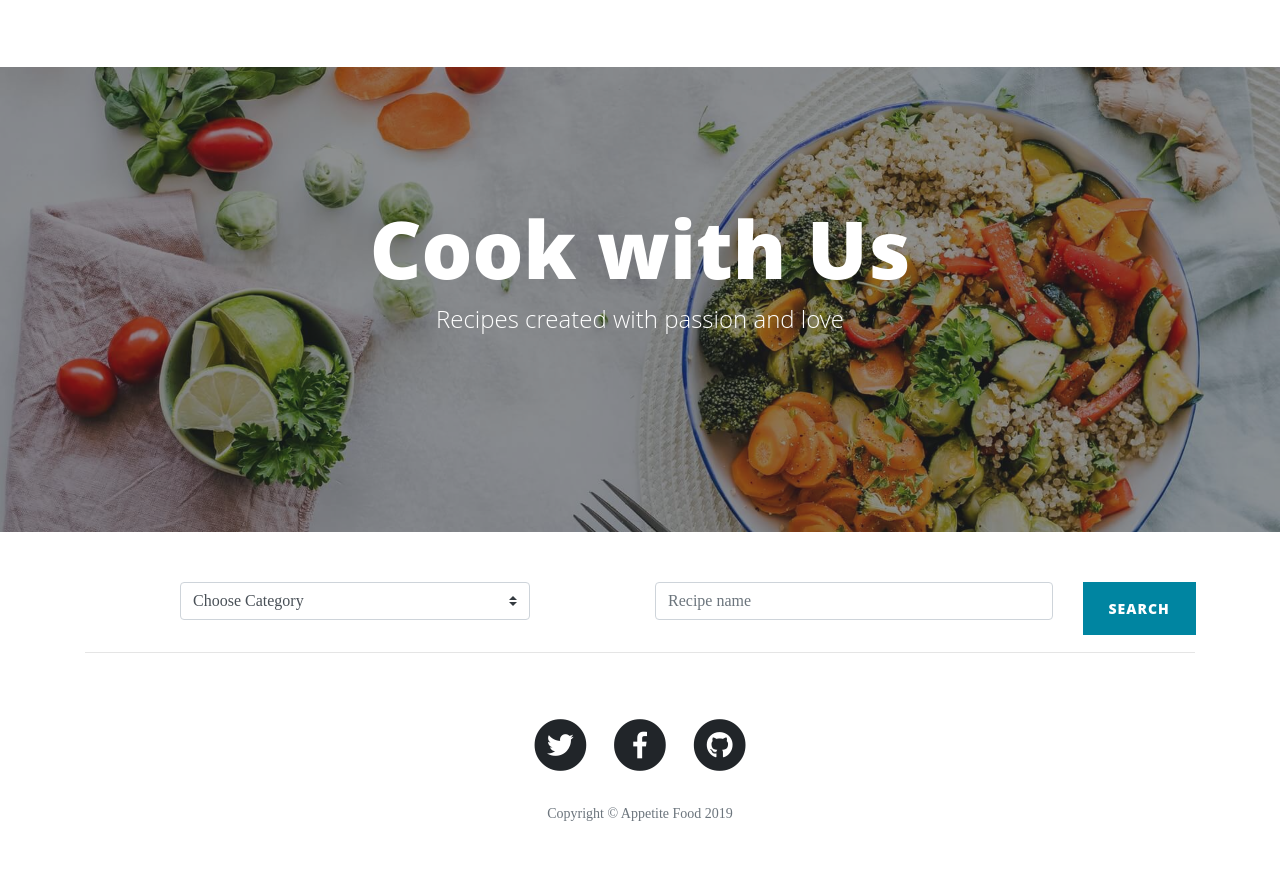
Repository: LukaszPlawinski/appetite-food
Page: http://localhost/
The author's editor kept a record of every edit. The page is drawn from the files as they stood at one moment, then again after the next edit.
The browser window is 1280 px wide. The pictures show the whole page.
The page is served by the project's application, run on Flask 3 (run.py). Queries for data that is not in the repository find no rows.

Above is the page before.

After the next edit:
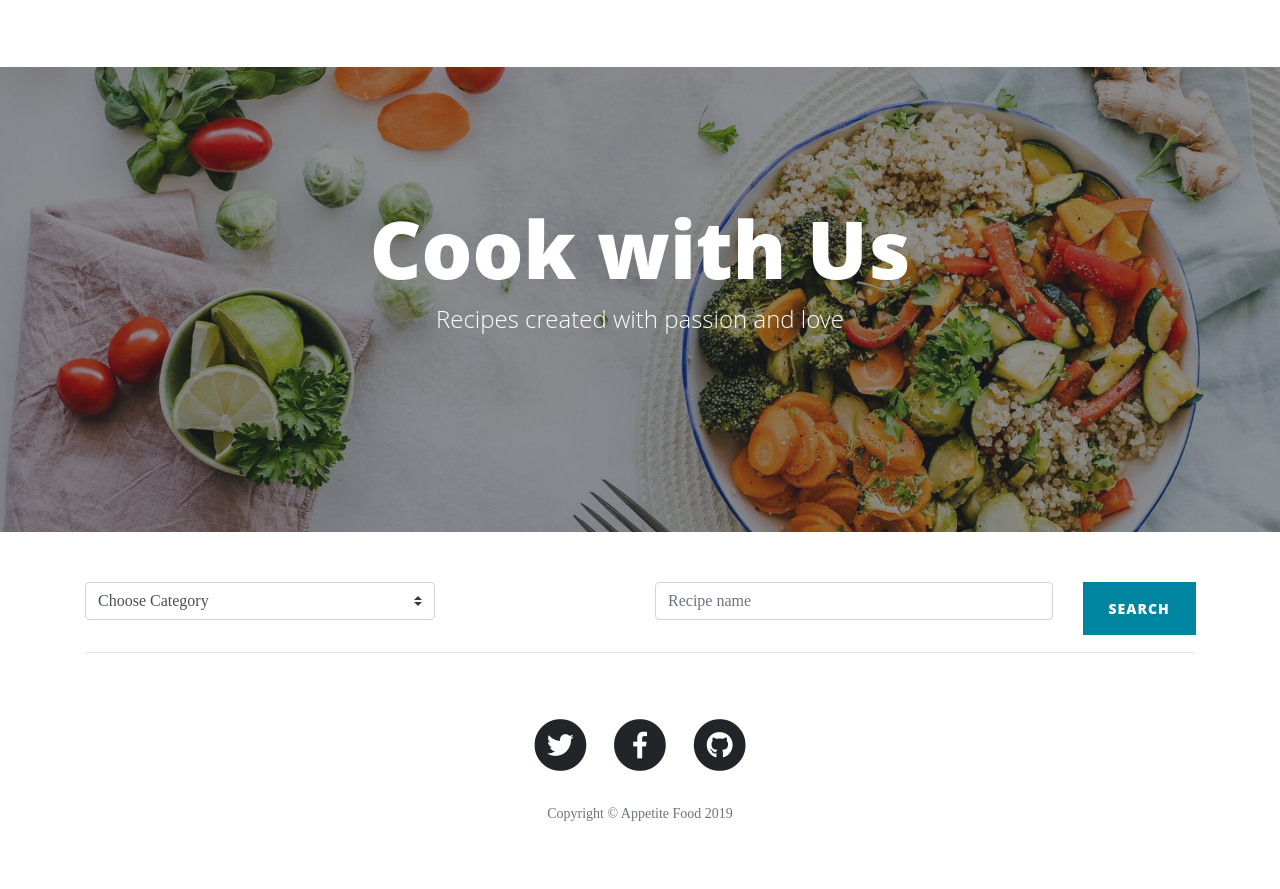
The edit:
--- a/templates/index.html
+++ b/templates/index.html
@@ -10,7 +10,7 @@
         <div class="row">
             <div class="col-12 col-md-6">
                 <form  method='POST' >
-                    <div class="row justify-content-center">
+                    <div class="row ">
                         <div class="col-8 input-group ">
                               <select class="custom-select"  name="category_name" onchange="this.form.submit()">
                                    <option  disabled selected>Choose Category</option>
